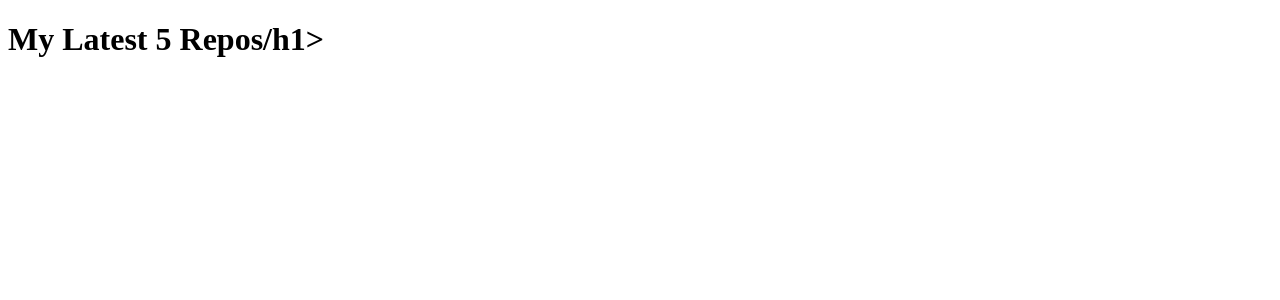
Repository: cod-lab/try
Page: c.html
These files come from the project's save history. The page is drawn as it stood at one moment and after the next save; the edit follows.
The browser window is 1280 px wide. The pictures show the whole page.
The page's requests for data from a server got no answer.

Above is the page before, as saved 2020-08-12 21:28:56.

After the next save:
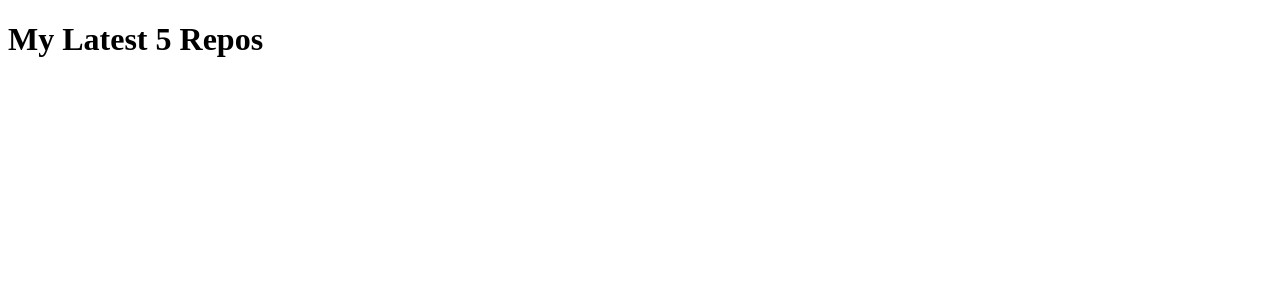
Saved 5 min 48 s later.
--- a/c.html
+++ b/c.html
@@ -27,7 +27,7 @@
 
 </head>
 <body>
-    <h1>My Latest 5 Repos/h1>
+    <h1>My Latest 5 Repos</h1>
     <!-- <button id='btnGetLatestRepos'>Get Latest 5 Repos</button> -->
     <div id='divResult'></div>
 
